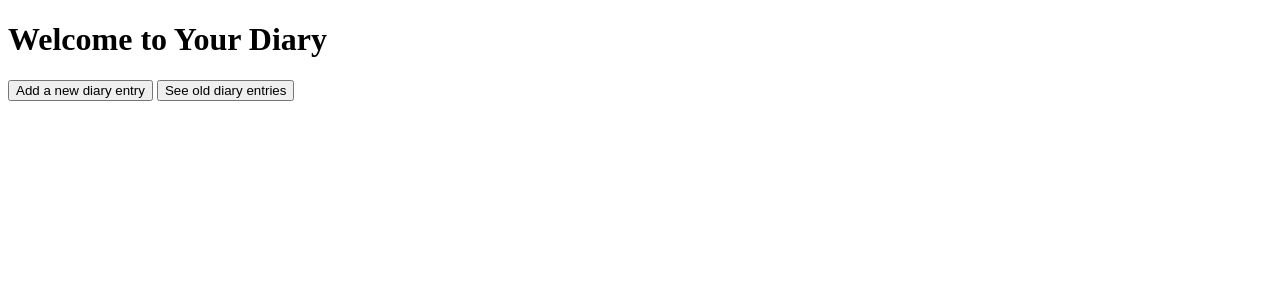
Repository: Javimetro/UniZen
Page: client/public/menu.html
These files come from the project's save history. The page is drawn as it stood at one moment and after the next save; the edit follows.
The browser window is 1280 px wide. The pictures show the whole page.
After loading, the first visible `#newEntry` was clicked once.

Above is the page before, as saved 2024-03-04 15:29:14.
Console error: TypeError: subFunction is not a function

After the next save:
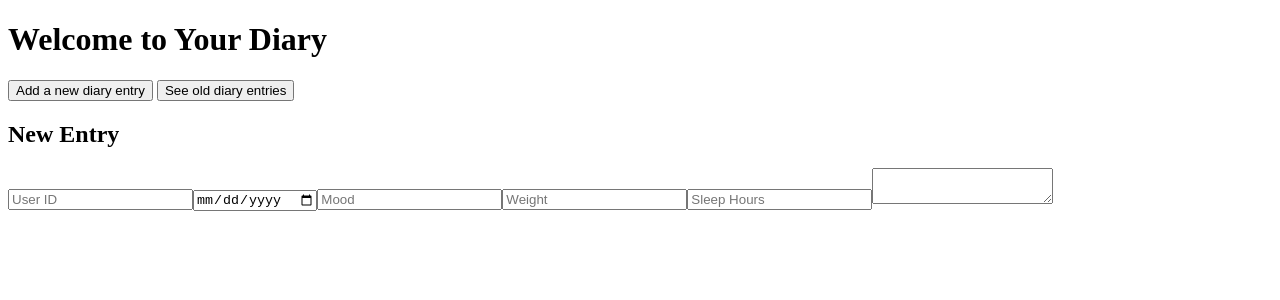
Console error: ReferenceError: h2 is not defined
Saved 12 s later.
--- a/client/src/services/menu.js
+++ b/client/src/services/menu.js
@@ -10,7 +10,7 @@ window.onload = function() {
 
 //
 document.getElementById('newEntry').addEventListener('click', function() {
-  createNewDiv('New Entry', function() {
+  createNewDiv(function() {
     createEntryForm('content');
   });
 });
